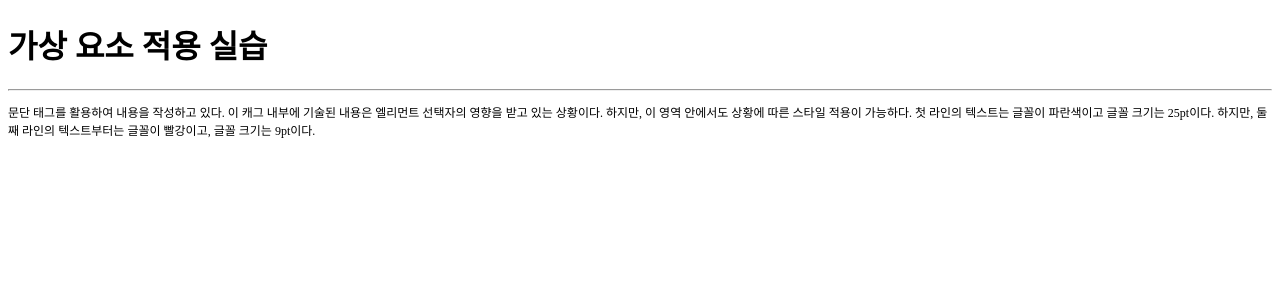
Repository: lolsoyeon/WebStudy
Page: WebApp02/WebContent/Test013.html
These files come from the project's save history. The page is drawn as it stood at one moment and after the next save; the edit follows.
The browser window is 1280 px wide. The pictures show the whole page.

Above is the page before, as saved 2022-09-28 03:38:41.

### WebApp02/WebContent/Test013.html
<!DOCTYPE html>
<html>
<head>
<meta charset="UTF-8">
<title>Insert title here</title>

<style type="text/css">
	p
	{
		font-size: 9pt;
		color: res;
	}
</style>

</head>
<body>

<div>
	<h1>가상 요소 적용 실습</h1>
	<hr>

</div>

<p>문단 태그를 활용하여 내용을 작성하고 있다.
이 캐그 내부에 기술된 내용은 엘리먼트 선택자의 영향을
받고 있는 상황이다.
하지만, 이 영역 안에서도 상황에 따른 스타일 적용이 가능하다.
첫 라인의 텍스트는 글꼴이 파란색이고 글꼴 크기는 25pt이다.
하지만, 둘째 라인의 텍스트부터는 글꼴이 빨강이고, 글꼴 크기는 9pt이다.</p>

</body>
</html>

After the next save:
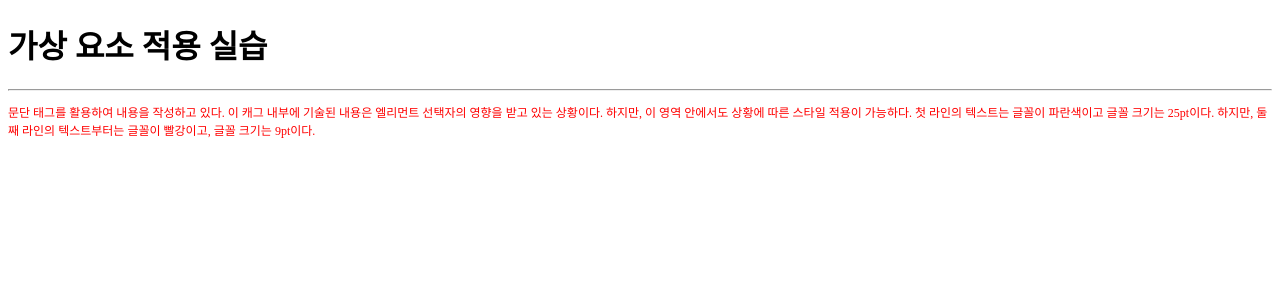
Saved 5 s later.
--- a/WebApp02/WebContent/Test013.html
+++ b/WebApp02/WebContent/Test013.html
@@ -8,7 +8,7 @@
 	p
 	{
 		font-size: 9pt;
-		color: res;
+		color: red;
 	}
 </style>
 
